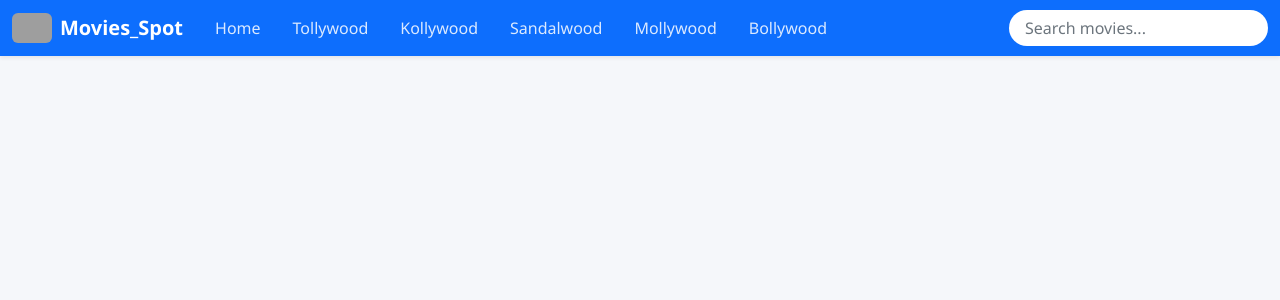
Repository: chandu7777158/Movies_spot
Page: /
These files come from the project's save history. The page is drawn as it stood at one moment and after the next save; the edit follows.
The browser window is 1280 px wide. The pictures show the whole page.
Pictures or frames that could not be fetched are drawn as grey boxes. The project was rebuilt for these pictures with package versions that can differ from the ones it lists, and the page was loaded fresh each time. Also part of the build but not shown: vite.config.js.

Above is the page before, as saved 2026-01-23 10:09:02.

After the next save:
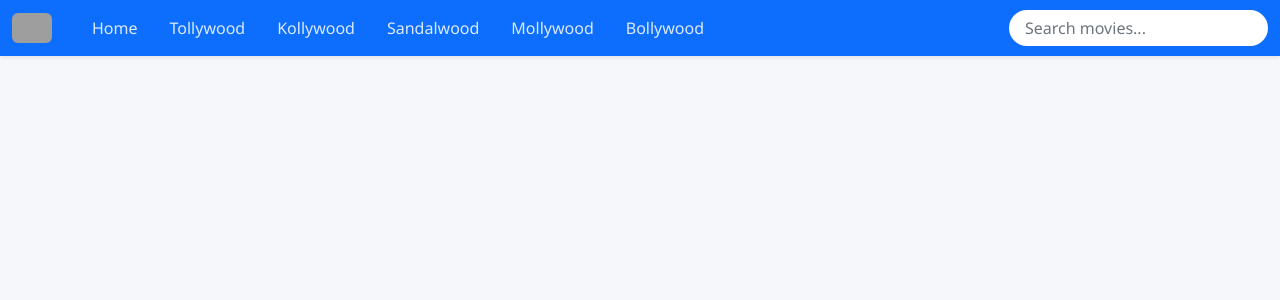
Saved 23 s later.
--- a/src/components/Navbar.jsx
+++ b/src/components/Navbar.jsx
@@ -13,7 +13,6 @@ export default function Navbar() {
                         height="30"
                         className="me-2 rounded"
                     />
-                    <span className="fw-bold">Movies_Spot</span>
                 </a>
 
                 {/* Mobile Toggle Button */}
